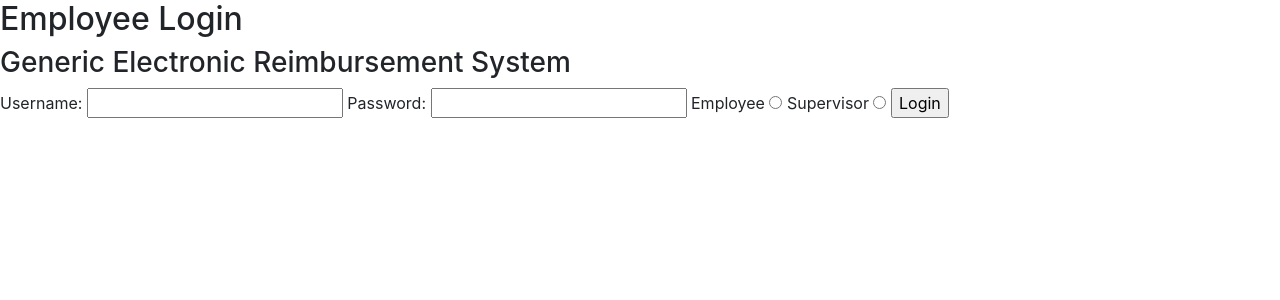
Repository: lharrill01/july_11_current_projects
Page: gres/src/main/java/gres/model/service/index.html
The author's editor kept a copy of each file at every save. The page is drawn from the files as they stood at one save, then again after the next save.
The browser window is 1280 px wide. The pictures show the whole page.

Above is the page before, as saved 2019-07-11 18:51:07.

### gres/src/main/java/gres/model/service/index.html
<!DOCTYPE html>
<html lang="en">
<head>
	<meta charset="UTF-8">
	<meta name="viewport" content="width=device-width, initial-scale=1.0">
	<meta http-equiv="X-UA-Compatible" content="ie=edge">
	<link rel="stylesheet" href="https://maxcdn.bootstrapcdn.com/bootstrap/4.0.0/css/bootstrap.min.css" integrity="sha384-Gn5384xqQ1aoWXA+058RXPxPg6fy4IWvTNh0E263XmFcJlSAwiGgFAW/dAiS6JXm" crossorigin="anonymous">

	<title>GERS: User Login</title>
</head>
<body>
		<h2>Employee Login</h2>
		<h3>Generic Electronic Reimbursement System</h3>

		<form action="/Login" method="post">
				<label>Username: </label>
				<input type="email" name="username">
				<label>Password: </label>
				<input type="password" name="password">
				<label>Employee</label>
				<input type="radio" name="roleid" value="1">
				<label>Supervisor</label>
				<input type="radio" name="roleid" value="2">
				<input type="submit" value="Login">
		</form>

</body>
</html>

After the next save:
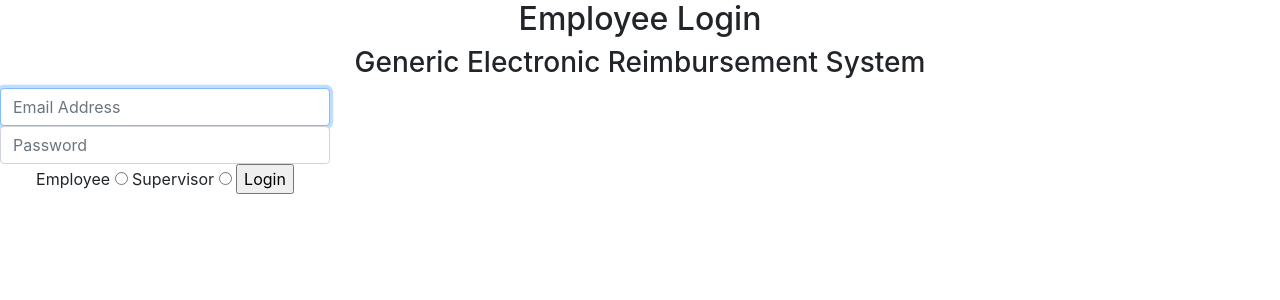
Saved 112 s later.
--- a/gres/src/main/java/gres/model/service/index.html
+++ b/gres/src/main/java/gres/model/service/index.html
@@ -8,21 +8,23 @@
 
 	<title>GERS: User Login</title>
 </head>
-<body>
+<body class="text-center">
 		<h2>Employee Login</h2>
 		<h3>Generic Electronic Reimbursement System</h3>
-
-		<form action="/Login" method="post">
-				<label>Username: </label>
-				<input type="email" name="username">
-				<label>Password: </label>
-				<input type="password" name="password">
+		<div style="align-content: center">
+		<form class="form-signin" action="Login" method="post" style="max-width: 330px; ce;">
+				<label for="imputEmail" class="sr-only">Username: </label>
+				<input type="email" id="inputEmail" class="form-control" name="email" placeholder="Email Address" required autofocus>
+				<label for="inputPassword" class="sr-only">Password: </label>
+				<input type="password" id="inputPassword" class="form-control" name="password" placeholder="Password" required>
+				<div class="radio">
 				<label>Employee</label>
-				<input type="radio" name="roleid" value="1">
+				<input type="radio" name="ESswitch" value="1">
 				<label>Supervisor</label>
-				<input type="radio" name="roleid" value="2">
+				<input type="radio" name="ESswitch" value="2">
 				<input type="submit" value="Login">
-		</form>
-
+				</div>
+			</form>
+		</div>
 </body>
 </html>
